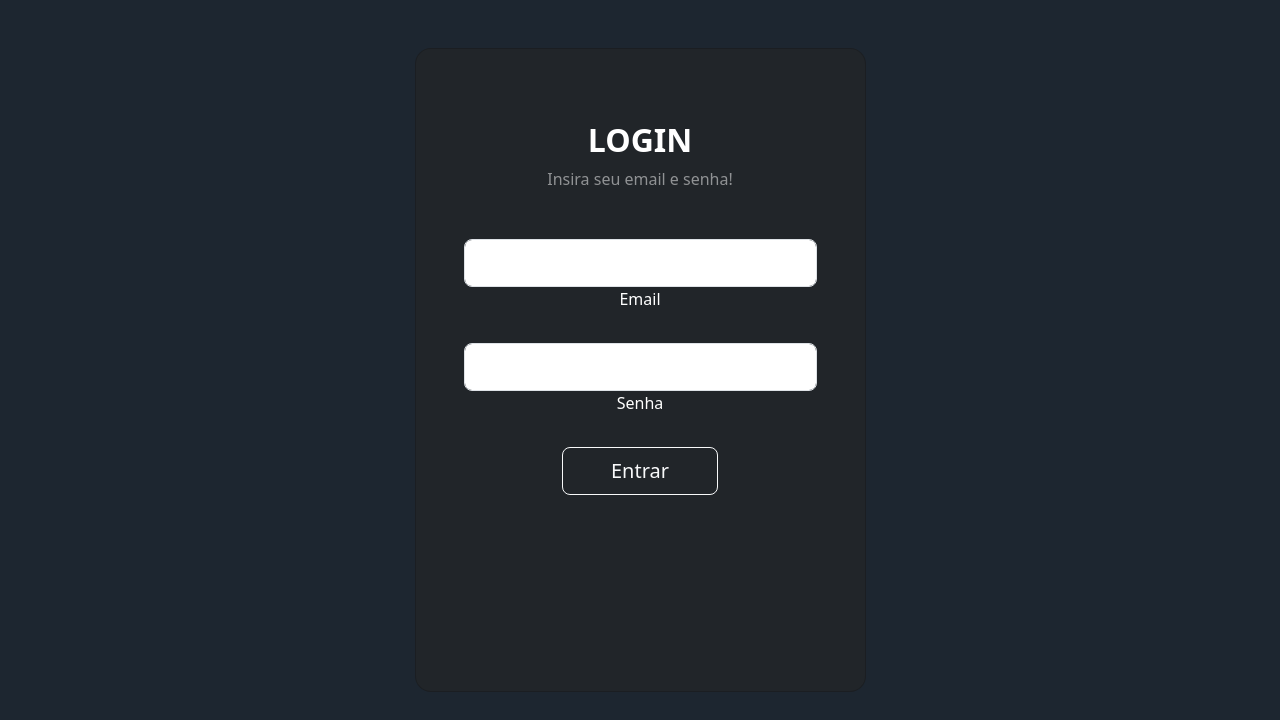
Repository: mateusilva8/tarefa-pix
Page: frontend/login.html
An editor plug-in stored every save of this project. The page is shown before and after the next save, followed by the edit.
The browser window is 1280 px wide. The pictures show the whole page.

Above is the page before, as saved 2023-10-09 11:14:09.

After the next save:
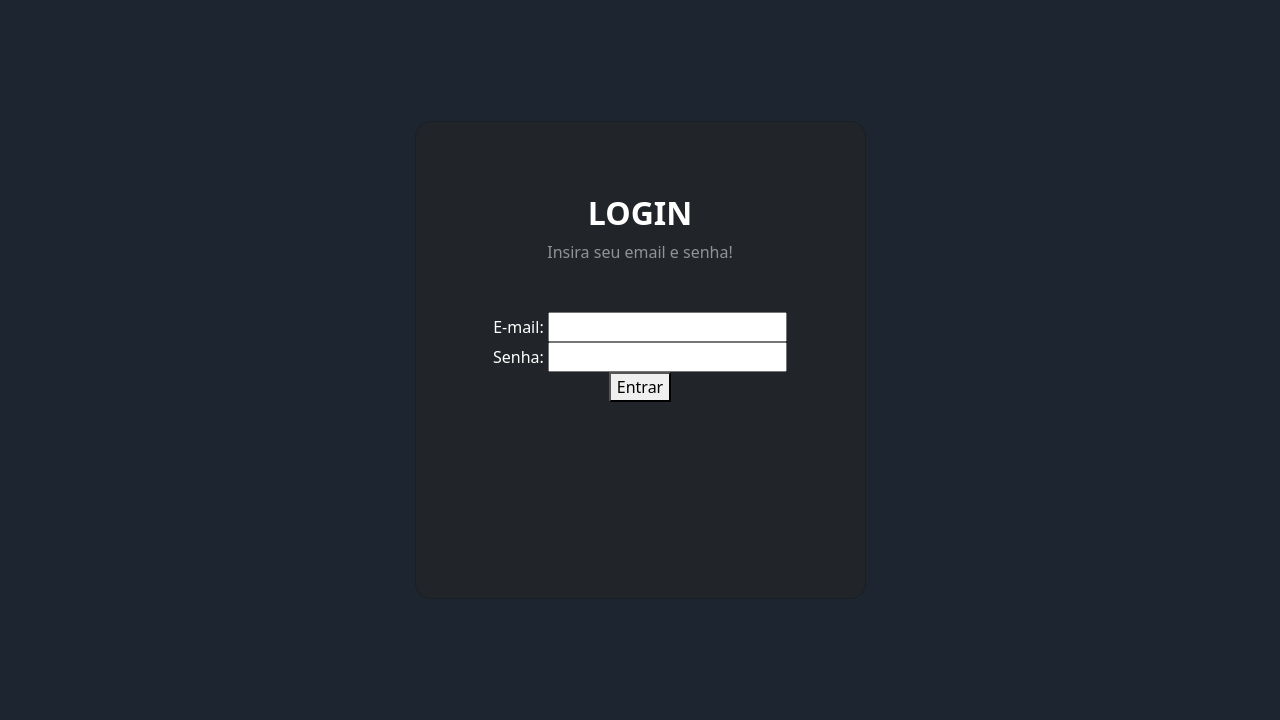
Saved 40 s later.
--- a/frontend/login.html
+++ b/frontend/login.html
@@ -26,32 +26,14 @@
                 <div class="mb-md-5 mt-md-4 pb-5">
                   <h2 class="fw-bold mb-2 text-uppercase">LOGIN</h2>
                   <p class="text-white-50 mb-5">Insira seu email e senha!</p>
-                  <form id="login-form">
-                    <div class="form-outline form-white mb-4">
-                      <input
-                        type="text"
-                        id="email"
-                        class="form-control form-control-lg"
-                      />
-                      <label class="form-label" for="email">Email</label>
-                    </div>
-
-                    <div class="form-outline form-white mb-4">
-                      <input
-                        type="password"
-                        id="senha"
-                        class="form-control form-control-lg"
-                      />
-                      <label class="form-label" for="senha">Senha </label>
-                    </div>
-
-                    <button
-                      class="btn btn-outline-light btn-lg px-5"
-                      type="submit"
-                      id="button"
-                    >
-                      Entrar
-                    </button>
+                  <form id="formulario">
+                    <label>E-mail:</label>
+                    <input type="email" id="email" name="email" required />
+                    <br />
+                    <label>Senha:</label>
+                    <input type="password" id="senha" name="senha" required />
+                    <br />
+                    <button>Entrar</button>
                   </form>
 
                   <div

After the 2 saves that followed:
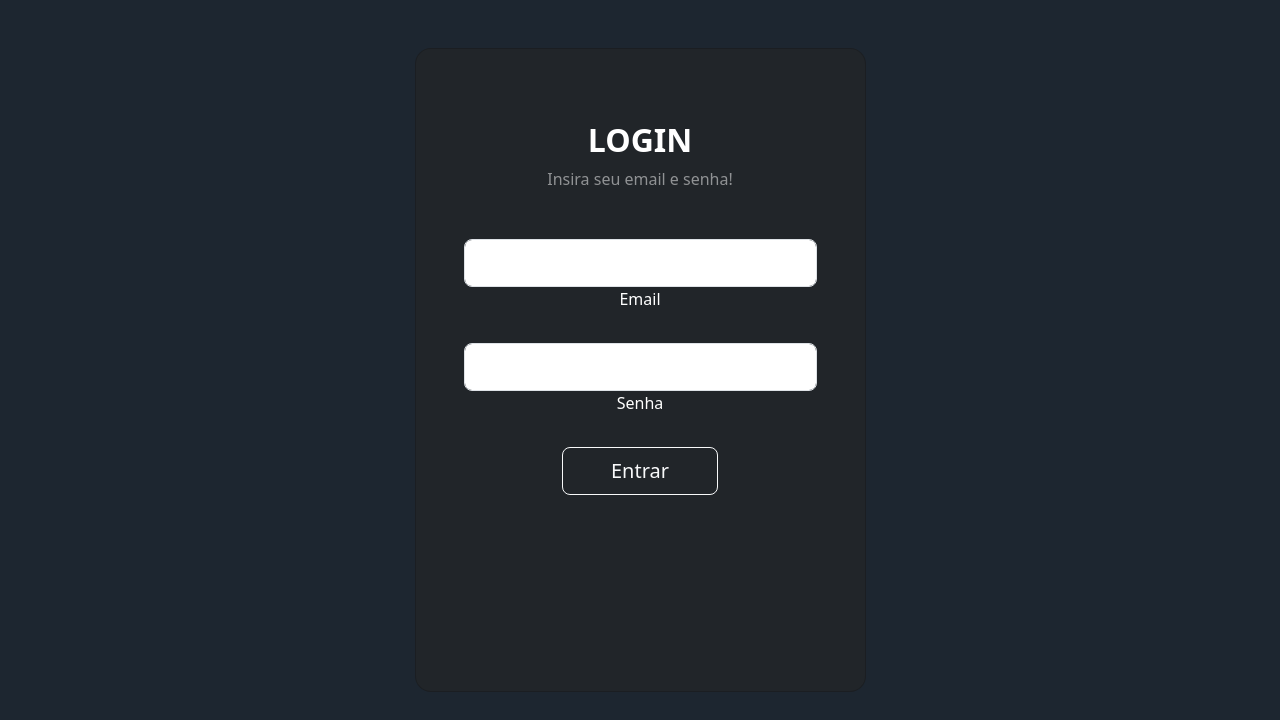
The 2 saves are shown as one change because 1 left the picture as it was.
The last was saved 18 s later.
--- a/frontend/login.html
+++ b/frontend/login.html
@@ -26,14 +26,32 @@
                 <div class="mb-md-5 mt-md-4 pb-5">
                   <h2 class="fw-bold mb-2 text-uppercase">LOGIN</h2>
                   <p class="text-white-50 mb-5">Insira seu email e senha!</p>
-                  <form id="formulario">
-                    <label>E-mail:</label>
-                    <input type="email" id="email" name="email" required />
-                    <br />
-                    <label>Senha:</label>
-                    <input type="password" id="senha" name="senha" required />
-                    <br />
-                    <button>Entrar</button>
+                  <form id="login-form">
+                    <div class="form-outline form-white mb-4">
+                      <input
+                        type="text"
+                        id="email"
+                        class="form-control form-control-lg"
+                      />
+                      <label class="form-label" for="email">Email</label>
+                    </div>
+
+                    <div class="form-outline form-white mb-4">
+                      <input
+                        type="password"
+                        id="senha"
+                        class="form-control form-control-lg"
+                      />
+                      <label class="form-label" for="senha">Senha </label>
+                    </div>
+
+                    <button
+                      class="btn btn-outline-light btn-lg px-5"
+                      type="submit"
+                      id="button"
+                    >
+                      Entrar
+                    </button>
                   </form>
 
                   <div
